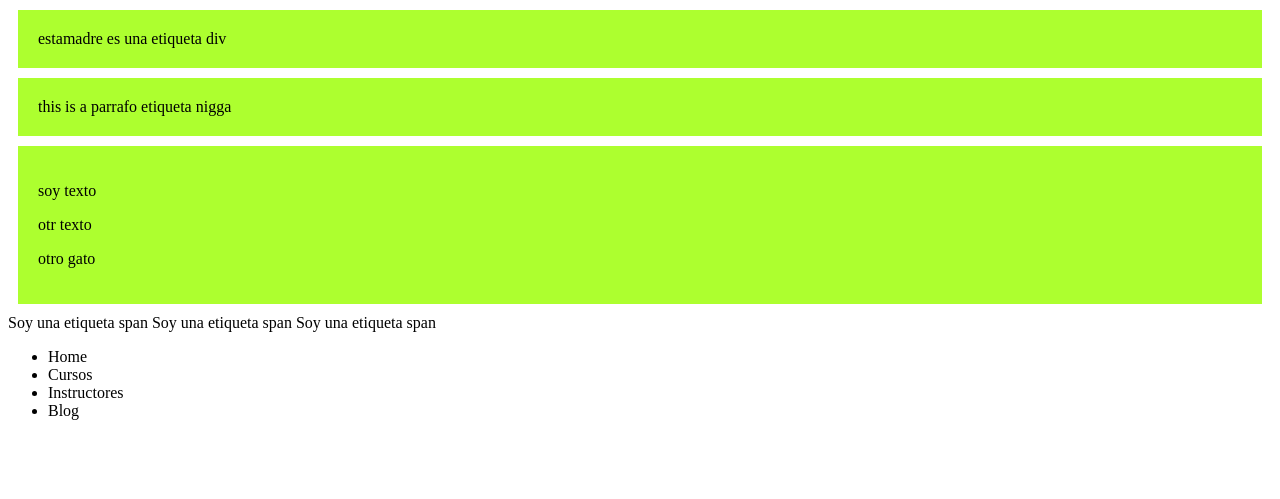
Repository: Daniel009980/daniel0099980
Page: display/index.html
An editor plug-in stored every save of this project. The page is shown before and after the next save, followed by the edit.
The browser window is 1280 px wide. The pictures show the whole page.

Above is the page before, as saved 2022-09-19 02:10:35.

### display/index.html
<!DOCTYPE html>
<html lang="en">
<head>
    <meta charset="UTF-8">
    <meta http-equiv="X-UA-Compatible" content="IE=edge">
    <meta name="viewport" content="width=device-width, initial-scale=1.0">
    <title>Document</title>
    <link rel="stylesheet" href="./style.css">
</head>
<body>
    <div class="block-element">estamadre es una etiqueta div</div>
    <p class="block-element">this is a parrafo etiqueta nigga</p>
        <div class="block-element">
            <p class="parrafo">soy texto</p>
            <p class="parrafo">otr texto</p>
            <p class="parrafo">otro gato</p>        <!-- esta madre es display in block lo que causa que ese texto ocupe el 100% de weight(ancho) aunque quede espacio para mas texto -->
        </div>
        <span>Soy una etiqueta span</span>              <!-- y este como es display in line el texto no usa el 100% del espacio porque lo que puede poner al lado las demas etiquetas de span -->
        <span>Soy una etiqueta span</span>                  <!-- para la parte inline no sepuede utilizar el padding ni el margin en la parte de arriba o abajo -->
        <span>Soy una etiqueta span</span>

        <ul class="nav">
            <li>Home</li>
            <li>Cursos</li>
            <li>Instructores</li>
            <li>Blog</li>
        </ul>
</body>
</html>

### display/style.css
.block-element{
    background-color: greenyellow;
    margin: 10px;
    padding: 20px;
}

After the next save:
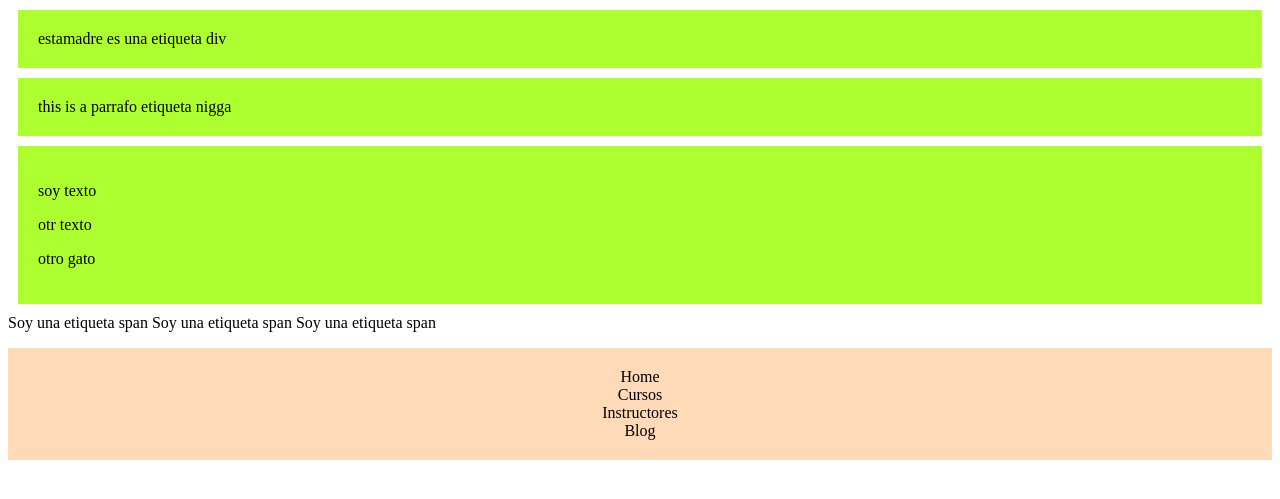
Saved 93 s later.
--- a/display/style.css
+++ b/display/style.css
@@ -3,3 +3,10 @@
     margin: 10px;
     padding: 20px;
 }
+
+.nav{
+    background-color: peachpuff;
+    padding: 20px;
+    list-style: none;
+    text-align: center;
+}
